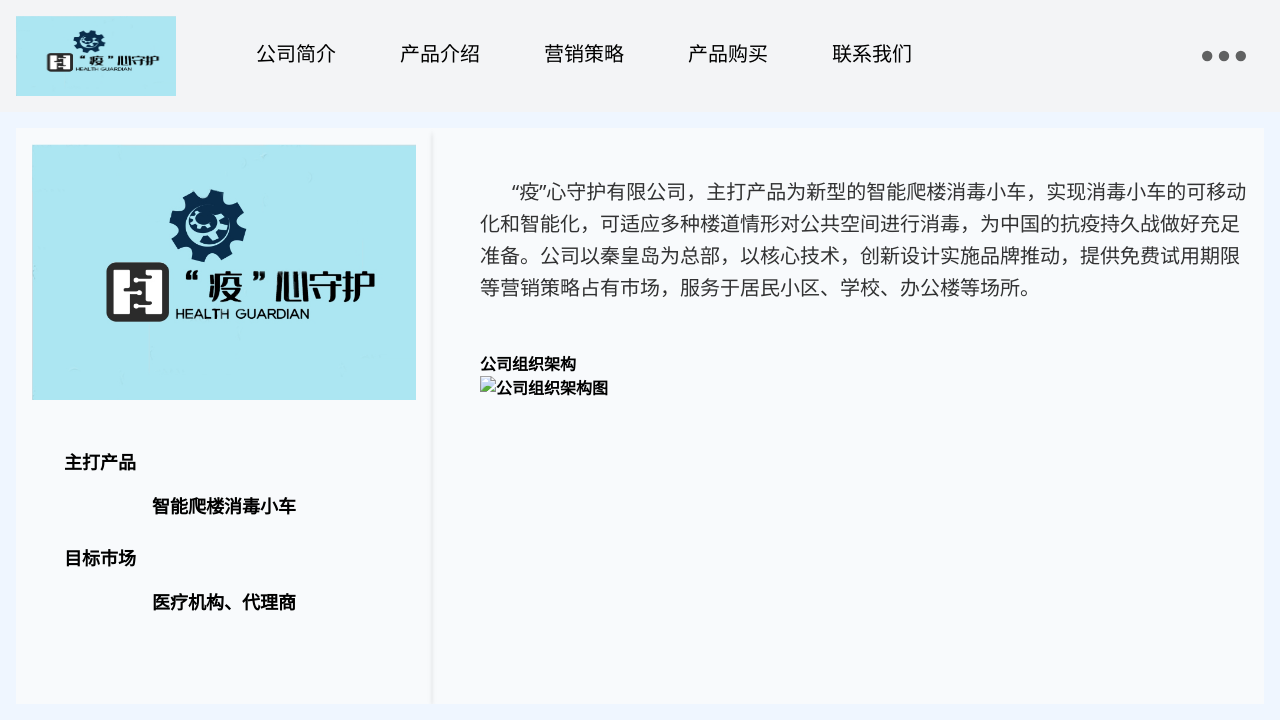
Repository: LiuRuohui/company_introduction
Page: /#/introduction
These files come from the project's save history. The page is drawn as it stood at one moment and after the next save; the edit follows.
The browser window is 1280 px wide. The pictures show the whole page.
The project was rebuilt for these pictures with package versions that can differ from the ones it lists, and the page was loaded fresh each time. Also part of the build but not shown: vite.config.js, src/components/product.vue, src/components/purchase.vue, src/components/strategy.vue, src/components/contact.vue.

Above is the page before, as saved 2022-05-12 23:15:10.

### index.html
<!DOCTYPE html>
<html lang="en">
  <head>
    <meta charset="UTF-8" />
    <link rel="icon" href="/favicon.ico" />
    <meta name="viewport" content="width=device-width, initial-scale=1.0" />
    <title>COMPANY_INTRODUCTION</title>
  </head>
  <body>
    <div id="app"></div>
    <script type="module" src="/src/main.js"></script>
  </body>
</html>

### src/main.js
import { createApp } from 'vue'
import "./index.css";
//引入路由器
import router from '../src/router/route.js'

import App from './App.vue'

const app = createApp(App);
app.use(router);
app.mount('#app');

### src/index.css
/* ./src/index.css */

@tailwind base;
@tailwind components;
.inputFrame {
  @apply w-full content-center text-base px-4 py-2 border-b rounded-2xl border-gray-300;
}

.inputFrame:focus {
  @apply outline-none border-indigo-500;
}

.btn {
  @apply w-full flex justify-center bg-gradient-to-r from-indigo-500 to-blue-600 text-gray-100 p-4 rounded-full tracking-wide font-semibold shadow-lg cursor-pointer transition ease-in duration-500;
}

.btn:hover {
  @apply bg-gradient-to-l from-blue-500 to-indigo-600;
}

.label {
  @apply ml-3 text-sm font-bold text-gray-700 tracking-wide;
}

@tailwind utilities;

### src/router/route.js
import { createRouter, createWebHashHistory } from "vue-router";
//引入组件
import Introduction from "../components/introduction.vue"
import Product from "../components/product.vue"
import Purchase from "../components/purchase.vue"
import Strategy from "../components/strategy.vue"
import Contact from "../components/contact.vue"

const route = [
    {
        path:'/introduction',
        component:Introduction
    },
    {
        path:'/product',
        component:Product
    },
    {
        path:'/strategy',
        component:Strategy
    },
    {
        path:'/purchase',
        component:Purchase
    },
    {
        path:'/contact',
        component:Contact
    },
]

// 创建路由对象
const router = createRouter({
    history: createWebHashHistory(),
    routes: route
  });


export default router

### src/App.vue
<script setup>
import MainPage from './components/mainPage.vue';
// This starter template is using Vue 3 <script setup> SFCs
// Check out https://vuejs.org/api/sfc-script-setup.html#script-setup

</script>

<template>
<MainPage class="select-none"></MainPage>
</template>

<style>
	/* Hide scrollbar for Chrome, Safari and Opera */
	.no-scrollbar::-webkit-scrollbar {
		display: none;
	}

	/* Hide scrollbar for IE, Edge and Firefox */
	.no-scrollbar {
		-ms-overflow-style: none; /* IE and Edge */
		scrollbar-width: none; /* Firefox */
	}
</style>

### src/components/introduction.vue
<script setup>
const intro = "“疫”心守护有限公司，主打产品为新型的智能爬楼消毒小车，实现消毒小车的可移动化和智能化，可适应多种楼道情形对公共空间进行消毒，为中国的抗疫持久战做好充足准备。公司以秦皇岛为总部，以核心技术，创新设计实施品牌推动，提供免费试用期限等营销策略占有市场，服务于居民小区、学校、办公楼等场所。"
</script>

<template>
    <div class="w-full m-4 flex flex-row bg-slate-50 overflow-y-auto no-scrollbar">
        <div class="flex h-full w-1/3 shadow-md">
            <div class="m-4 w-full flex flex-col">
                <img src="/src/assets/logo.png" class="h-64" alt="">
                <div class="flex flex-grow my-4">
                    <div class="w-full m-8 flex flex-col text-lg font-sans font-bold">
                        <div class="w-full h-24">
                            主打产品
                            <div class="w-full text-center mt-4">智能爬楼消毒小车</div>
                        </div>
                        <div class="w-full h-24">
                            目标市场
                             <div class="w-full text-center mt-4">医疗机构、代理商</div>
                        </div>
                    </div>
                </div>
            </div>
        </div>
        <div class="flex flex-grow flex-col shadow-md w-2/3">
            <div class="m-4 w-full h-1/4 text-ellipsis">
                <div class="m-8 leading-8 indent-8 opacity-80 hover:opacity-100 hover:cursor-pointer font-sans text-left break-normal text-xl font-medium">{{intro}}</div>
            </div>
            <div class="m-4 w-full flex flex-grow flex-row">
                <div class="m-8 font-bold">
                    公司组织架构
                    <img src="" alt="公司组织架构图">
                </div>
                <div></div>
            </div>
        </div>
    </div>
</template>

### src/components/mainPage.vue
<script setup></script>

<template>
    <div class="min-h-screen w-full flex flex-col bg-white">
        <div class="w-full h-28 flex flex-row bg-gray-100">
            <div class="h-full flex flex-col">
                <img
                    src="/src/assets/logo.png"
                    alt="公司图标"
                    class="h-20 m-4 w-40"
                />
            </div>
            <div class="flex font-sans text-xl ml-8">
                <router-link
                    active-class="active"
                    to="/introduction"
                    class="px-8 pt-10 hover:cursor-pointer hover:bg-blue-300"
                    >公司简介</router-link
                >
                <router-link
                    active-class="active"
                    to="/product"
                    class="px-8 pt-10 hover:cursor-pointer hover:bg-blue-300"
                    >产品介绍</router-link
                >
                <router-link
                    active-class="active"
                    to="/strategy"
                    class="px-8 pt-10 hover:cursor-pointer hover:bg-blue-300"
                    >营销策略</router-link
                >
                <router-link
                    active-class="active"
                    to="/purchase"
                    class="px-8 pt-10 hover:cursor-pointer hover:bg-blue-300"
                    >产品购买</router-link
                >
                <router-link
                    active-class="active"
                    to="/contact"
                    class="px-8 pt-10 hover:cursor-pointer hover:bg-blue-300"
                    >联系我们</router-link
                >
            </div>
            <div class="flex flex-grow flex-row-reverse">
                <img
                    src="/src/assets/more.svg"
                    alt="更多"
                    class="w-16 h-16 opacity-60 mt-6 mr-6 hover:cursor-pointer"
                />
            </div>
        </div>
        <div class="w-full flex flex-grow bg-blue-50">
            <router-view></router-view>
        </div>
    </div>
</template>

<style></style>

### tailwind.config.js
module.exports = {
  content: [
      "./index.html",
      "./src/**/*.{vue,js,ts,jsx,tsx}",
  ],
  theme: {
      extend: {},
  },
  plugins: [],
}

After the next save:
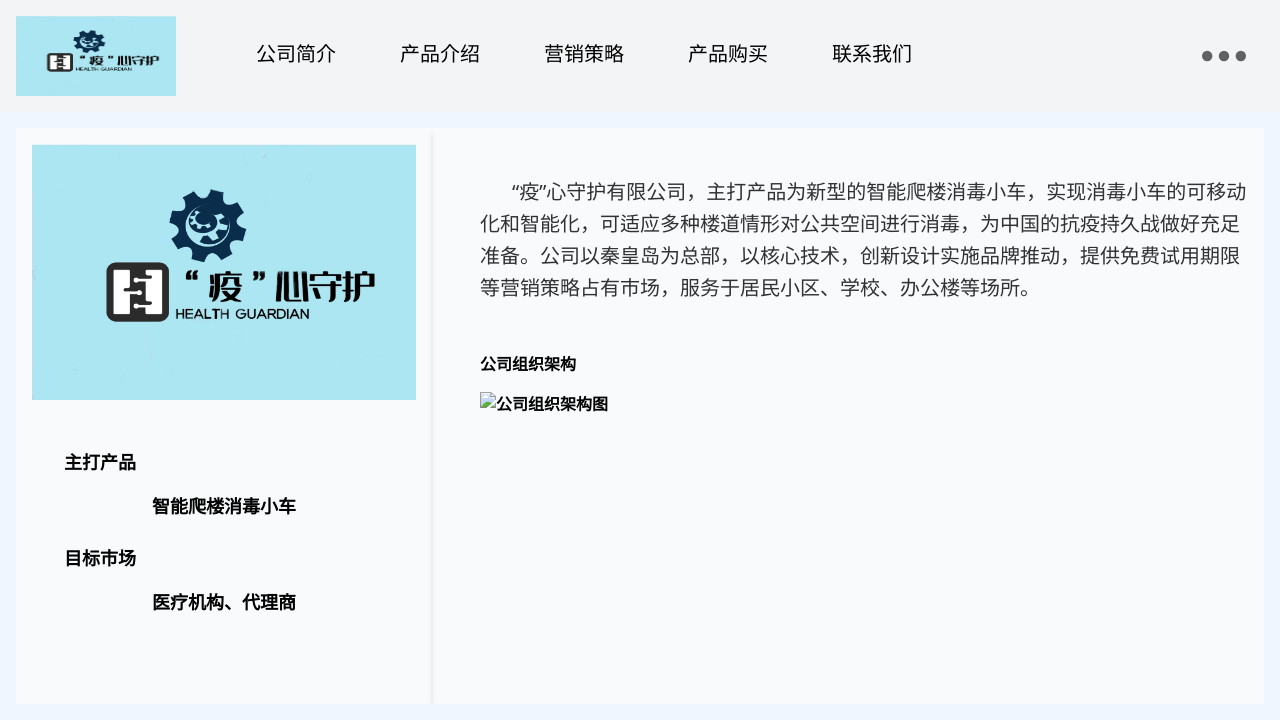
Saved 11 s later.
--- a/src/components/introduction.vue
+++ b/src/components/introduction.vue
@@ -28,7 +28,7 @@
             <div class="m-4 w-full flex flex-grow flex-row">
                 <div class="m-8 font-bold">
                     公司组织架构
-                    <img src="" alt="公司组织架构图">
+                    <img src="" alt="公司组织架构图" class="mt-4">
                 </div>
                 <div></div>
             </div>
